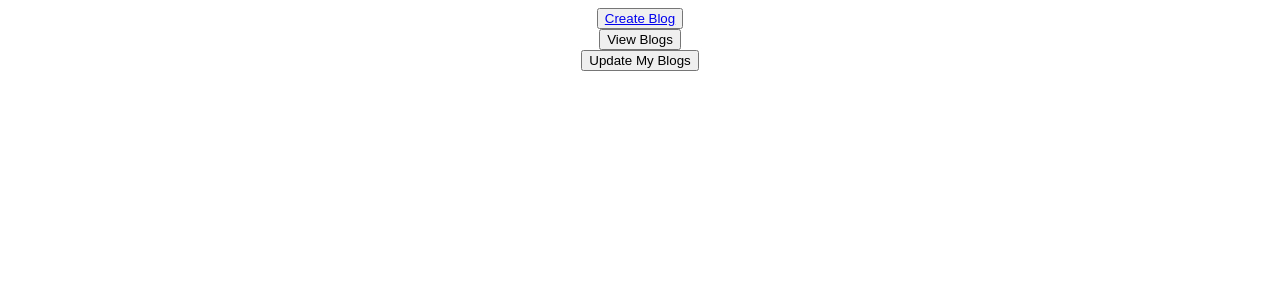
Repository: JamesArul/CLBSiteSTMT
Page: StudentsMeetFrontEnd/WebContent/Blog/BlogHome.html
These files come from the project's save history. The page is drawn as it stood at one moment and after the next save; the edit follows.
The browser window is 1280 px wide. The pictures show the whole page.

Above is the page before, as saved 2017-06-04 10:22:00.

### StudentsMeetFrontEnd/WebContent/Blog/BlogHome.html
<div ng-include="'Common/CommonHeader.html'"></div>
<div ng-controller="BlogController as btrl">
<center>
<div class="row">
<div class="col-sm-4">
<button type="button" class="btn btn-success" onclick=""><a href="#!/goBlogCreate">Create Blog</a></button>
</div>
<div class="col-sm-4">
<button type="button" class="btn btn-success" ng-click="btrl.getBlogs()">View Blogs</button>
</div>
<div class="col-sm-4">
<button type="button" class="btn btn-success" ng-click="btrl.getMyBlogs()">Update My Blogs</button>
</div>
</div>
</center>
</div>

After the next save:
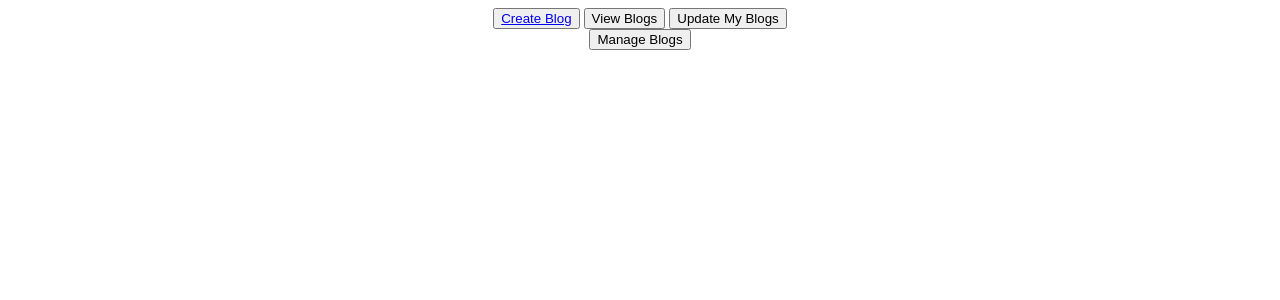
Saved 2 min 23 s later.
--- a/StudentsMeetFrontEnd/WebContent/Blog/BlogHome.html
+++ b/StudentsMeetFrontEnd/WebContent/Blog/BlogHome.html
@@ -2,14 +2,11 @@
 <div ng-controller="BlogController as btrl">
 <center>
 <div class="row">
-<div class="col-sm-4">
 <button type="button" class="btn btn-success" onclick=""><a href="#!/goBlogCreate">Create Blog</a></button>
-</div>
-<div class="col-sm-4">
 <button type="button" class="btn btn-success" ng-click="btrl.getBlogs()">View Blogs</button>
-</div>
-<div class="col-sm-4">
 <button type="button" class="btn btn-success" ng-click="btrl.getMyBlogs()">Update My Blogs</button>
+<div ng-if="isAdmin">
+  <button type="button" class="btn btn-success" ng-click="">Manage Blogs</button>
 </div>
 </div>
 </center>
